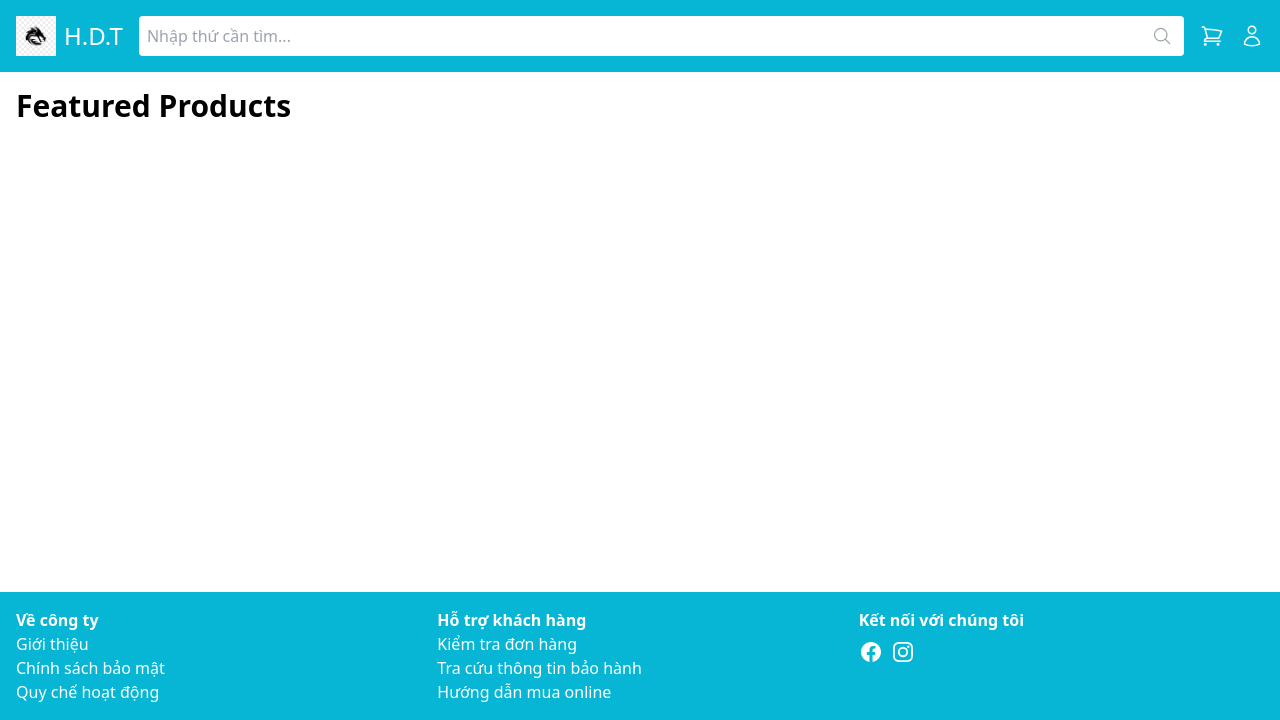
Repository: TrungOU/PhoneWeb
Page: / (app in phone-store/)
An editor plug-in stored every save of this project. The page is shown before and after the next save, followed by the edit.
The browser window is 1280 px wide. The pictures show the whole page.
The page's requests for data from a server got no answer. The project was rebuilt for these pictures with package versions that can differ from the ones it lists, and the page was loaded fresh each time. The framework's server and built-in components were replaced by stand-ins that run in the browser. No one was signed in, and anything a server would have sent is missing. Also part of the build but not shown: phone-store/components/ProductCard.tsx.

Above is the page before, as saved 2024-09-19 12:12:57.

After the next save:
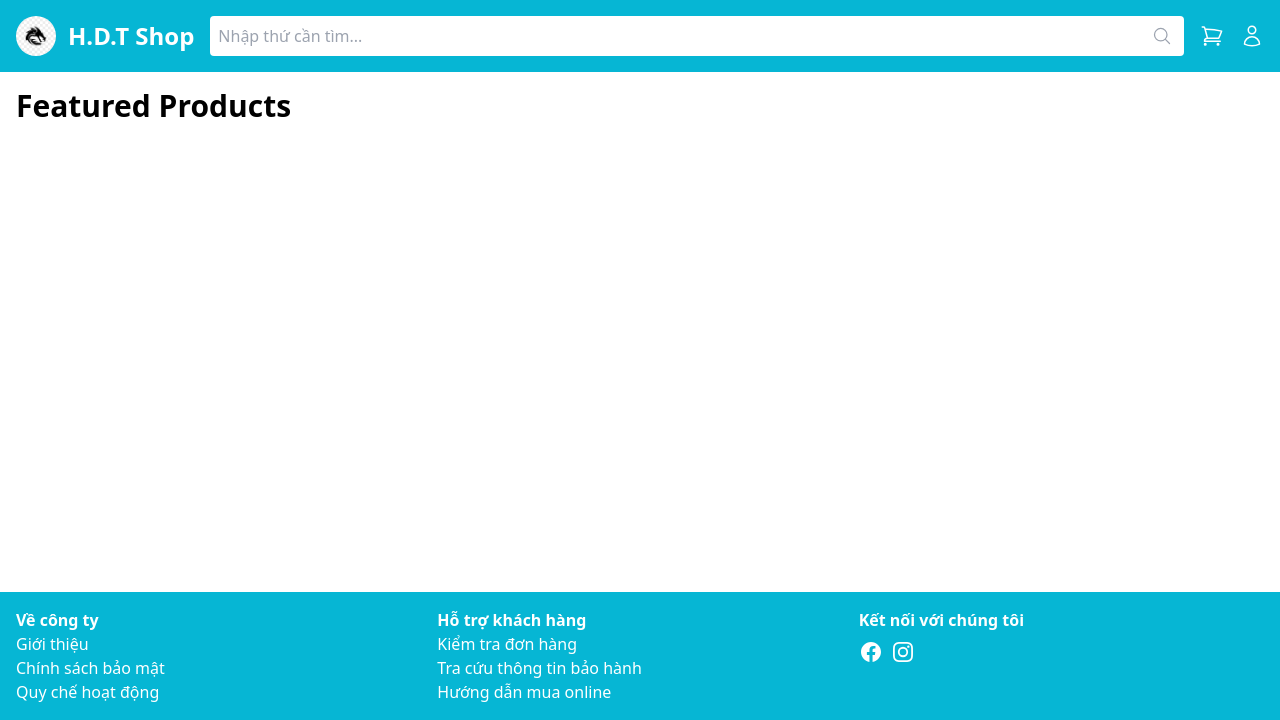
Saved 106 s later.
--- a/phone-store/components/Header.tsx
+++ b/phone-store/components/Header.tsx
@@ -8,8 +8,8 @@ export default function Header() {
     <header className="bg-cyan-500 p-4">
       <div className="container mx-auto flex items-center justify-between">
         <Link href="/" className="flex items-center">
-          <Image src="/logo.png" alt="H.D.T Logo" width={40} height={40} />
-          <h1 className="text-white text-2xl ml-2">H.D.T</h1>
+        <Image src="/logo.png" alt="H.D.T Logo" width={40} height={40} className="rounded-full" />
+        <h1 className="text-white text-2xl font-semibold ml-3">H.D.T Shop</h1>
         </Link>
         <div className="flex-grow mx-4 relative">
           <input
